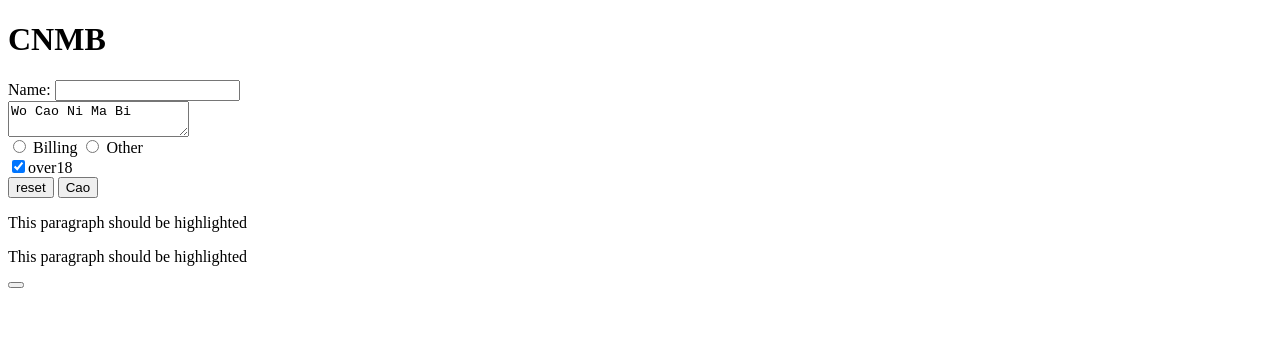
Repository: FWBMKII/csc207
Page: cnmb/cnmb.html
These files come from the project's save history. The page is drawn as it stood at one moment and after the next save; the edit follows.
The browser window is 1280 px wide. The pictures show the whole page.

Above is the page before, as saved 2015-04-27 20:12:53.

After the next save:
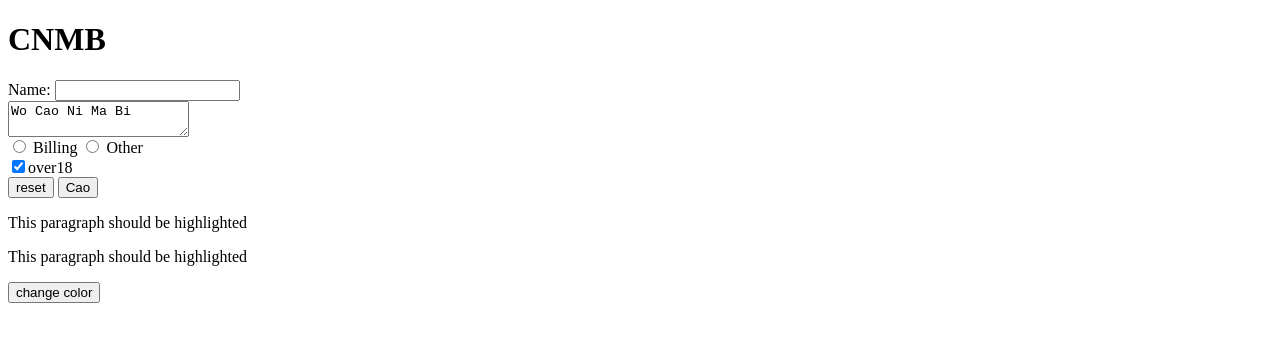
Console error (its wording comes from the project's code and is left out).
Saved 54 s later.
--- a/cnmb/cnmb.html
+++ b/cnmb/cnmb.html
@@ -23,6 +23,6 @@
 		<p>This paragraph should be highlighted</p>
 		<p>This paragraph should be highlighted</p>
 	</div>
-	<button></button>
+	<button onclick="function()">change color</button>
 </body>
 </html>
